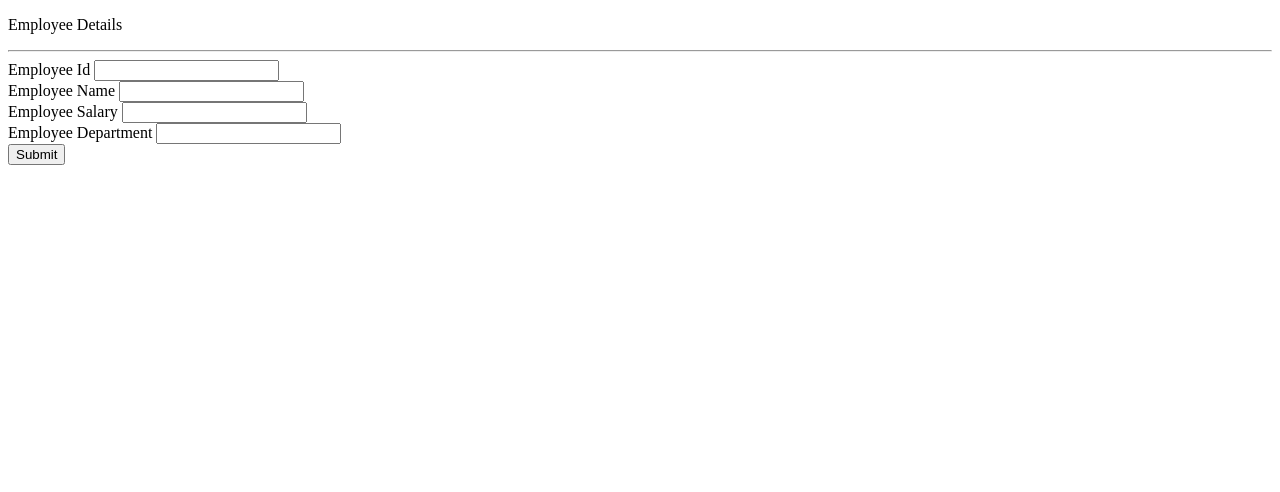
Repository: bhatideepak599/JspServlets
Page: http://localhost/10-student-mvc-db/add-Employee.jsp
The author's editor kept a copy of each file at every save. The page is drawn from the files as they stood at one save, then again after the next save.
The browser window is 1280 px wide. The pictures show the whole page.
The page is served by Tomcat 9.

Above is the page before, as saved 2024-07-17 07:51:32.

After the next save:
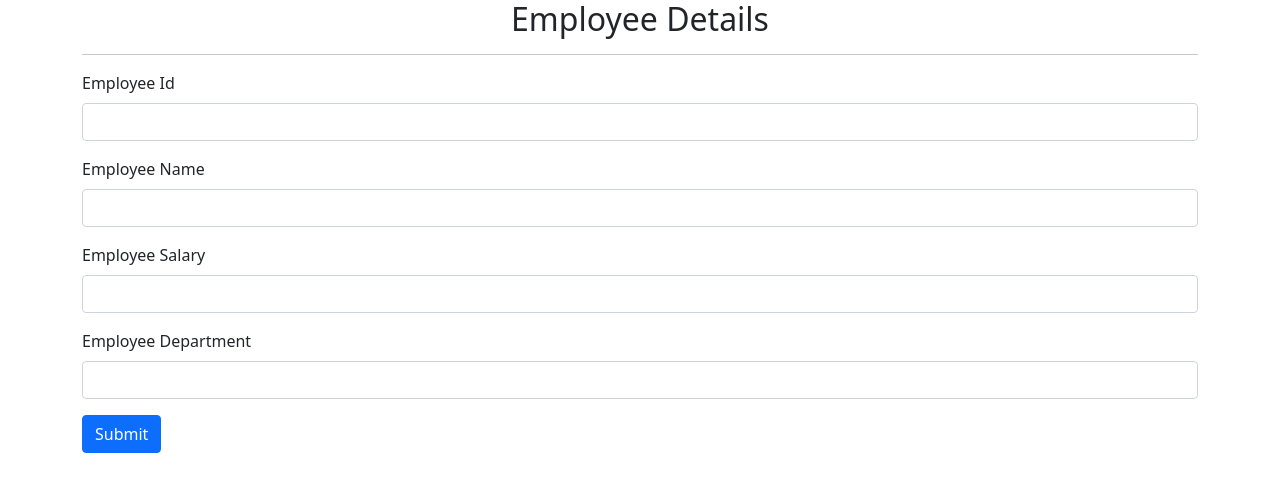
Saved 31 s later.
--- a/10-student-mvc-db/WebContent/add-Employee.jsp
+++ b/10-student-mvc-db/WebContent/add-Employee.jsp
@@ -5,6 +5,15 @@
 <head>
 <meta charset="ISO-8859-1">
 <title>Insert title here</title>
+<link
+	href="https://cdn.jsdelivr.net/npm/bootstrap@5.0.2/dist/css/bootstrap.min.css"
+	rel="stylesheet"
+	integrity="sha384-EVSTQN3/azprG1Anm3QDgpJLIm9Nao0Yz1ztcQTwFspd3yD65VohhpuuCOmLASjC"
+	crossorigin="anonymous">
+<script
+	src="https://cdn.jsdelivr.net/npm/bootstrap@5.0.2/dist/js/bootstrap.bundle.min.js"
+	integrity="sha384-MrcW6ZMFYlzcLA8Nl+NtUVF0sA7MsXsP1UyJoMp4YLEuNSfAP+JcXn/tWtIaxVXM"
+	crossorigin="anonymous"></script>
 </head>
 <body>
 	<div class="container">
